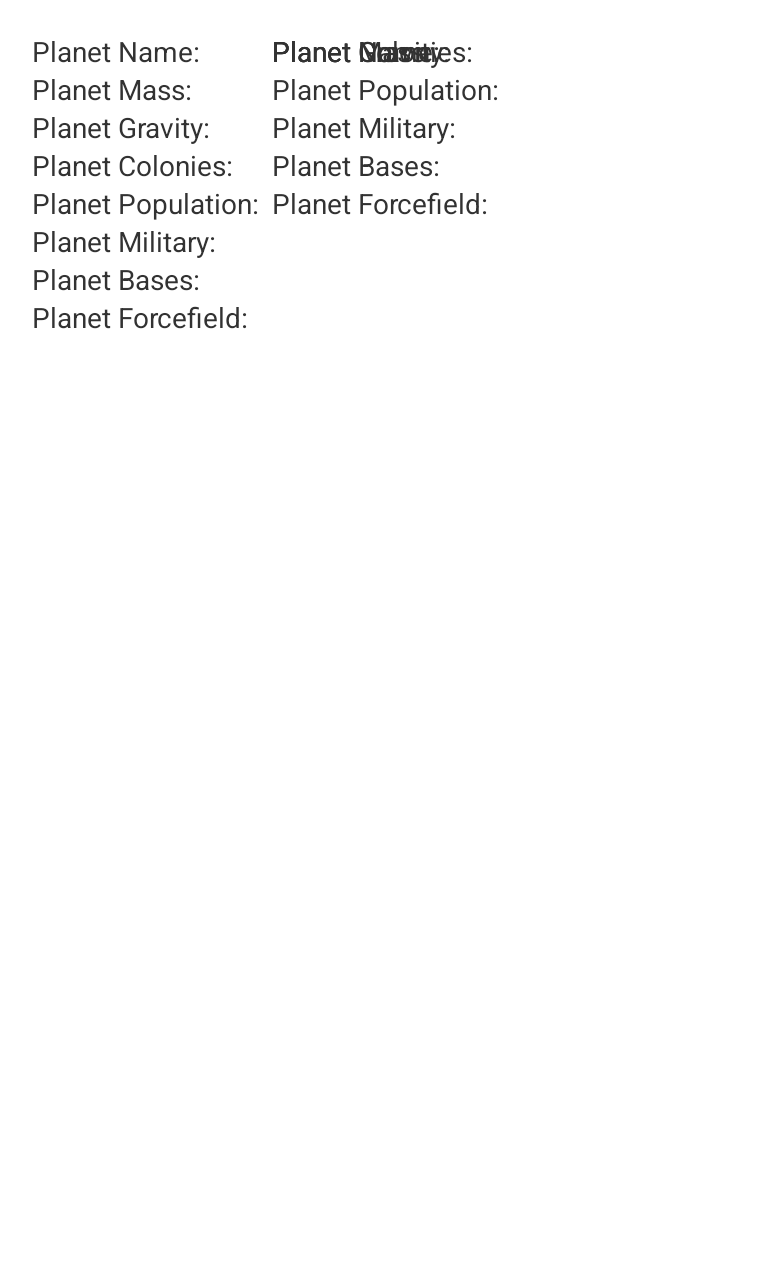
Repository: blender-head/android_basic
Layout: Hello_World/res/layout/activity_main.xml
These files come from the project's save history. The layout is drawn as it stood at one moment and after the next save; the edit follows.
It is drawn on a 768 x 1280 px phone screen (xhdpi) without system bars, with theme AppTheme; the app's code is not run. The app's manifest (not shown) leaves right-to-left support off. So textAlignment, textDirection and layoutDirection are ignored, and left and right values win over start and end ones.

Above is the layout before, as saved 2013-12-31 16:24:09.

### Hello_World/res/layout/activity_main.xml
<RelativeLayout xmlns:android="http://schemas.android.com/apk/res/android"
    xmlns:tools="http://schemas.android.com/tools"
    android:layout_width="match_parent"
    android:layout_height="match_parent"
    android:paddingBottom="@dimen/activity_vertical_margin"
    android:paddingLeft="@dimen/activity_horizontal_margin"
    android:paddingRight="@dimen/activity_horizontal_margin"
    android:paddingTop="@dimen/activity_vertical_margin"
    tools:context=".MainActivity" >

    <!-- Planet Name label -->
	<TextView
        android:id="@+id/textView1"
        android:layout_width="wrap_content"
        android:layout_height="wrap_content"
        android:text="@string/planet_name_label" />

	<!-- Planet Name data -->
	<TextView
        android:id="@+id/dataView1"
        android:layout_toRightOf="@+id/textView1"
        android:layout_marginLeft="36dip"
        android:layout_width="wrap_content"
        android:layout_height="wrap_content"
        android:text="@string/planet_name_label" />

	<!-- Planet Mass label -->
	<TextView
        android:id="@+id/textView2"
        android:layout_below="@+id/textView1"
        android:layout_width="wrap_content"
        android:layout_height="wrap_content"
        android:text="@string/planet_mass_label" />

	<!-- Planet Mass data -->
	<TextView
        android:id="@+id/dataView2"
        android:layout_toRightOf="@+id/textView2"
        android:layout_alignStart="@+id/dataView1"
        android:layout_alignBelow="@+id/dataView1"
        android:layout_width="wrap_content"
        android:layout_height="wrap_content"
        android:text="@string/planet_mass_label" />

	<!-- Planet Gravity label -->
	<TextView
        android:id="@+id/textView3"
        android:layout_below="@+id/textView2"
        android:layout_width="wrap_content"
        android:layout_height="wrap_content"
        android:text="@string/planet_gravity_label" />

	<!-- Planet Gravity data -->
	<TextView
        android:id="@+id/dataView3"
        android:layout_toRightOf="@+id/textView3"
        android:layout_alignStart="@+id/dataView2"
        android:layout_alignBelow="@+id/dataView2"
        android:layout_width="wrap_content"
        android:layout_height="wrap_content"
        android:text="@string/planet_gravity_label" />

	<!-- Planet Colonies label -->
	<TextView
        android:id="@+id/textView4"
        android:layout_below="@+id/textView3"
        android:layout_width="wrap_content"
        android:layout_height="wrap_content"
        android:text="@string/planet_colonies_label" />

	<!-- Planet Colonies data -->
	<TextView
        android:id="@+id/dataView4"
        android:layout_toRightOf="@+id/textView4"
        android:layout_alignStart="@+id/dataView3"
        android:layout_alignBelow="@+id/dataView3"
        android:layout_width="wrap_content"
        android:layout_height="wrap_content"
        android:text="@string/planet_colonies_label" />

	<!-- Planet Poulation label -->
	<TextView
        android:id="@+id/textView5"
        android:layout_below="@+id/textView4"
        android:layout_width="wrap_content"
        android:layout_height="wrap_content"
        android:text="@string/planet_population_label" />

	<!-- Planet Poulation data -->
	<TextView
        android:id="@+id/dataView5"
        android:layout_toRightOf="@+id/textView5"
        android:layout_alignStart="@+id/dataView4"
        android:layout_below="@+id/dataView4"
        android:layout_width="wrap_content"
        android:layout_height="wrap_content"
        android:text="@string/planet_population_label" />

	<!-- Planet Military label -->
	<TextView
        android:id="@+id/textView6"
        android:layout_below="@+id/textView5"
        android:layout_width="wrap_content"
        android:layout_height="wrap_content"
        android:text="@string/planet_military_label" />

	<!-- Planet Military data -->
	<TextView
        android:id="@+id/dataView6"
        android:layout_toRightOf="@+id/textView6"
        android:layout_alignStart="@+id/dataView5"
        android:layout_below="@+id/dataView5"
        android:layout_width="wrap_content"
        android:layout_height="wrap_content"
        android:text="@string/planet_military_label" />

	<!-- Planet Base label -->
	<TextView
        android:id="@+id/textView7"
        android:layout_below="@+id/textView6"
        android:layout_width="wrap_content"
        android:layout_height="wrap_content"
        android:text="@string/planet_bases_label" />

	<!-- Planet Base data -->
	<TextView
        android:id="@+id/dataView7"
        android:layout_toRightOf="@+id/textView7"
        android:layout_alignStart="@+id/dataView6"
        android:layout_below="@+id/dataView6"
        android:layout_width="wrap_content"
        android:layout_height="wrap_content"
        android:text="@string/planet_bases_label" />

	<!-- Planet Force Field label -->
	<TextView
        android:id="@+id/textView8"
        android:layout_below="@+id/textView7"
        android:layout_width="wrap_content"
        android:layout_height="wrap_content"
        android:text="@string/planet_forcefield_label" />

	<!-- Planet Force Field data -->
	<TextView
        android:id="@+id/dataView8"
        android:layout_toRightOf="@+id/textView8"
        android:layout_alignStart="@+id/dataView7"
        android:layout_below="@+id/dataView7"
        android:layout_width="wrap_content"
        android:layout_height="wrap_content"
        android:text="@string/planet_forcefield_label" />

</RelativeLayout>

### Hello_World/res/values/strings.xml
<?xml version="1.0" encoding="utf-8"?>
<resources>

    <string name="app_name">Hello_World</string>
    <string name="action_settings">Settings</string>
    <string name="hello_world">Hello world!</string>

    <string name="planet_name_label">Planet Name: </string>
	<string name="planet_mass_label">Planet Mass: </string>
	<string name="planet_gravity_label">Planet Gravity: </string>
	<string name="planet_colonies_label">Planet Colonies: </string>
	<string name="planet_population_label">Planet Population: </string>
	<string name="planet_military_label">Planet Military: </string>
	<string name="planet_bases_label">Planet Bases: </string>
	<string name="planet_forcefield_label">Planet Forcefield: </string>

</resources>

Loaded but not shown: Hello_World/res/values/styles.xml (common file); Hello_World/res/values-v11/styles.xml (common file); Hello_World/res/values-v14/styles.xml (common file); Hello_World/res/values/dimens.xml (common file)

After the next save:
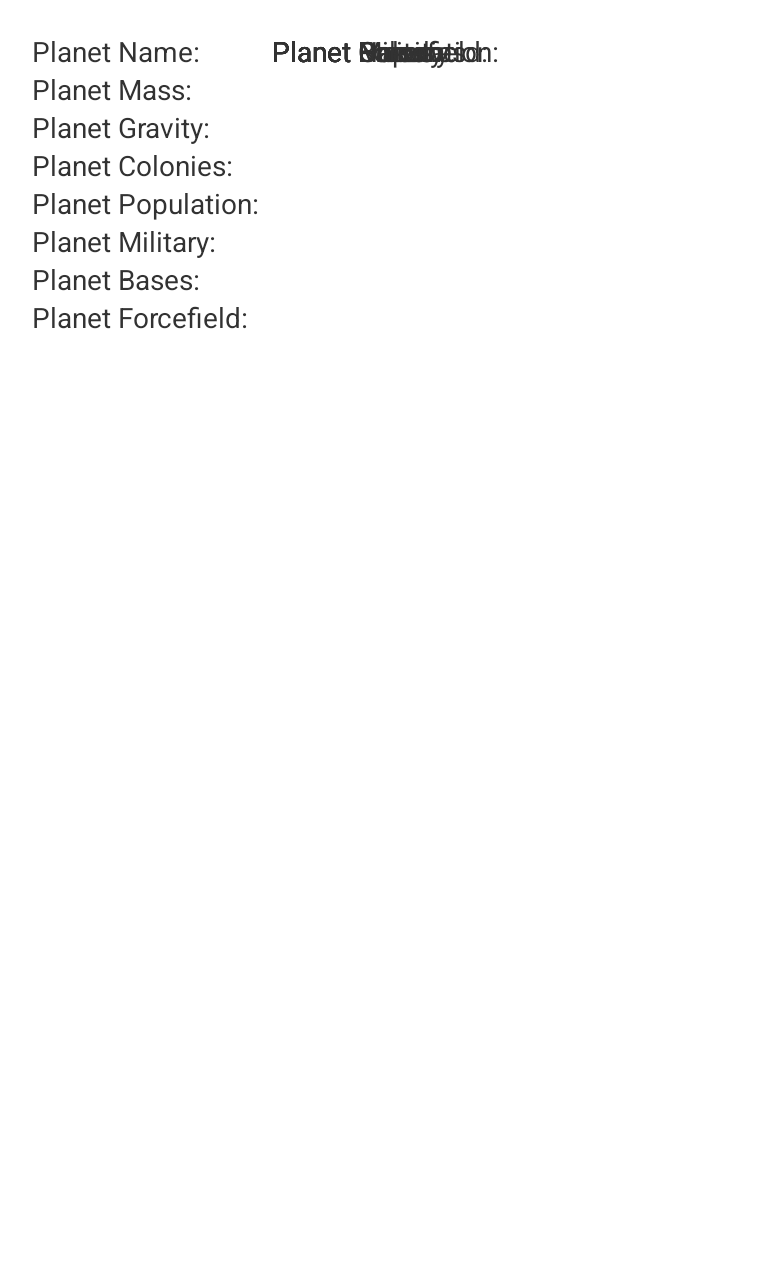
Saved 33 s later.
--- a/Hello_World/res/layout/activity_main.xml
+++ b/Hello_World/res/layout/activity_main.xml
@@ -91,7 +91,7 @@
         android:id="@+id/dataView5"
         android:layout_toRightOf="@+id/textView5"
         android:layout_alignStart="@+id/dataView4"
-        android:layout_below="@+id/dataView4"
+        android:layout_alignBelow="@+id/dataView4"
         android:layout_width="wrap_content"
         android:layout_height="wrap_content"
         android:text="@string/planet_population_label" />
@@ -109,7 +109,7 @@
         android:id="@+id/dataView6"
         android:layout_toRightOf="@+id/textView6"
         android:layout_alignStart="@+id/dataView5"
-        android:layout_below="@+id/dataView5"
+        android:layout_alignBelow="@+id/dataView5"
         android:layout_width="wrap_content"
         android:layout_height="wrap_content"
         android:text="@string/planet_military_label" />
@@ -127,7 +127,7 @@
         android:id="@+id/dataView7"
         android:layout_toRightOf="@+id/textView7"
         android:layout_alignStart="@+id/dataView6"
-        android:layout_below="@+id/dataView6"
+        android:layout_alignBelow="@+id/dataView6"
         android:layout_width="wrap_content"
         android:layout_height="wrap_content"
         android:text="@string/planet_bases_label" />
@@ -145,7 +145,7 @@
         android:id="@+id/dataView8"
         android:layout_toRightOf="@+id/textView8"
         android:layout_alignStart="@+id/dataView7"
-        android:layout_below="@+id/dataView7"
+        android:layout_alignBelow="@+id/dataView7"
         android:layout_width="wrap_content"
         android:layout_height="wrap_content"
         android:text="@string/planet_forcefield_label" />
